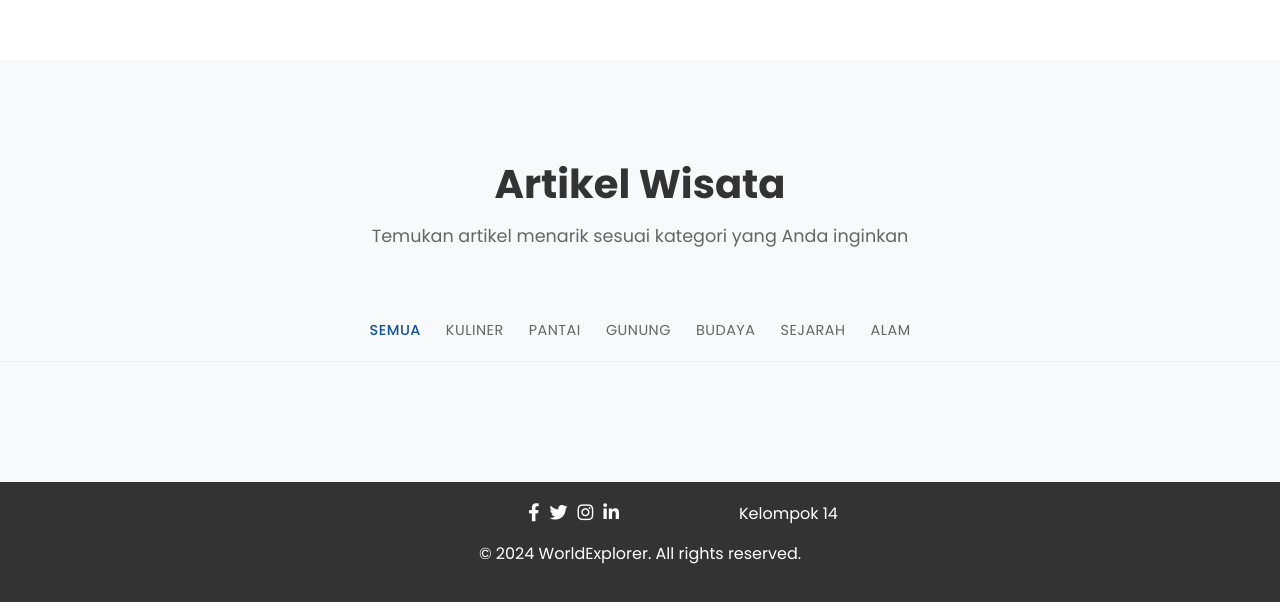
Repository: jalssonn/UAS_FRONTEND_NEW
Page: frontend/index.html
The author's editor kept a copy of each file at every save. The page is drawn from the files as they stood at one save, then again after the next save.
The browser window is 1280 px wide. The pictures show the part of the page from y = 3750 to 4392 px (the page is 4352 px tall before and 4392 px after).
A picture or video elsewhere on the page could not be fetched, so the positions and the page height are approximate. The page's requests for data from a server got no answer.

Above is the page before, as saved 2024-12-06 04:11:51.

### frontend/index.html
<!DOCTYPE html>
<html ng-app="articleApp">
<head>
    <title>WorldExplorer</title>
    <!-- Fonts -->
    <link href="https://fonts.googleapis.com/css2?family=Poppins:wght@400;500;600;700&display=swap" rel="stylesheet">

    <!-- Dependencies -->
    <script src="https://ajax.googleapis.com/ajax/libs/angularjs/1.8.2/angular.min.js"></script>
    <link href="https://cdn.jsdelivr.net/npm/bootstrap@5.1.3/dist/css/bootstrap.min.css" rel="stylesheet">
    <link rel="stylesheet" href="https://cdnjs.cloudflare.com/ajax/libs/font-awesome/5.15.4/css/all.min.css">

    <!-- Custom CSS -->
    <link rel="stylesheet" href="styles/main.css">
</head>
<body>
    <div ng-controller="ArticleController">
        <!-- Navbar -->
        <nav class="navbar navbar-expand-lg">
            <div class="container">
                <a class="navbar-brand" href="#">
                    <i class="fas fa-globe-asia me-2"></i>WorldExplorer
                </a>
                <div class="d-flex align-items-center">
                    <div ng-if="isLoggedIn()">
                        <a href="profile.html" class="btn btn-light me-2">
                            <i class="fas fa-user"></i> {{user.username}}
                        </a>
                        <a href="/admin/dashboard.html" class="btn btn-primary me-2" ng-if="user.role === 'admin'">
                            Admin Dashboard
                        </a>
                        <button class="btn btn-outline-light" ng-click="logout()">Logout</button>
                    </div>
                    <div ng-if="!isLoggedIn()">
                        <a href="login.html" class="btn btn-outline-light me-2">Login</a>
                        <a href="register.html" class="btn btn-light">Register</a>
                    </div>
                </div>
            </div>
        </nav>

        <!-- Hero Section with Carousel Background -->
        <div class="hero-section">
            <div class="carousel-background"
                 ng-repeat="image in backgroundImages"
                 ng-style="{'background-image': 'url(' + image + ')'}"
                 ng-class="{'active': $index === currentBackgroundIndex, 'prev': $index === prevBackgroundIndex}">
                <div class="overlay"></div>
            </div>

            <div class="hero-content">
                <h1>WorldExplorer</h1>
                <p>Temukan destinasi wisata impian Anda dari berbagai penjuru dunia</p>

                <!-- Search Box -->
                <div class="search-container">
                    <form ng-submit="searchArticles()" class="search-form">
                        <div class="search-wrapper">
                            <input type="text"
                                   ng-model="searchQuery"
                                   placeholder="Cari destinasi wisata impian Anda..."
                                   class="search-input"
                                   required>
                            <button type="submit" class="search-button">
                                <i class="fas fa-search"></i>
                            </button>
                        </div>
                    </form>
                </div>
            </div>
        </div>

        <!-- Why WorldExplorer Section -->
        <div class="why-aviatour-section">
            <h2 class="section-title">Why WorldExplorer</h2>

            <div class="features-container">
                <div class="feature-item">
                    <div class="feature-content">
                        <h3>Penyedia Perjalanan Terbaik</h3>
                        <p>Kami berkomitmen menjadikan setiap liburan Anda penuh cerita berharga...</p>
                    </div>
                    <div class="feature-image">
                        <img src="images/feature-1.jpg" alt="Penyedia Perjalanan Terbaik">
                    </div>
                </div>

                <div class="feature-item reverse">
                    <div class="feature-content">
                        <h3>Layanan Agen Berpengalaman</h3>
                        <p>Dengan jam terbang yang tinggi, tim kami siap memberikan solusi terbaik...</p>
                    </div>
                    <div class="feature-image">
                        <img src="images/feature-2.jpg" alt="Layanan Agen Berpengalaman">
                    </div>
                </div>

                <div class="feature-item">
                    <div class="feature-content">
                        <h3>Pelayanan Premium dan Personal</h3>
                        <p>Rasakan perbedaan dengan pelayanan terbaik dan personal yang kami tawarkan...</p>
                    </div>
                    <div class="feature-image">
                        <img src="images/feature-3.jpg" alt="Pelayanan Premium">
                    </div>
                </div>

                <div class="feature-item reverse">
                    <div class="feature-content">
                        <h3>Nikmati Liburan Tanpa Beban</h3>
                        <p>Rasakan kebebasan sejati saat berlibur! Dengan pelayanan menyeluruh di setiap aspek...</p>
                    </div>
                    <div class="feature-image">
                        <img src="images/feature-4.jpg" alt="Liburan Tanpa Beban">
                    </div>
                </div>
            </div>
        </div>

        <!-- Loading State -->
        <div ng-if="loading" class="loading-spinner">
            <i class="fas fa-spinner fa-spin fa-2x"></i>
            <p>Memuat artikel...</p>
        </div>

        <!-- Error Message -->
        <div ng-if="error" class="alert alert-danger">
            <i class="fas fa-exclamation-circle me-2"></i>{{error}}
        </div>

        <!-- Travel Tips Section -->
        <div class="travel-tips-section">
            <div class="section-header">
                <h2>Travel Tips</h2>
                <p>Kiat-kiat perjalanan untuk pengalaman wisata yang lebih baik</p>
            </div>

            <button class="travel-nav-btn prev" ng-click="prevTip()">
                <i class="fas fa-chevron-left"></i>
            </button>
            <button class="travel-nav-btn next" ng-click="nextTip()">
                <i class="fas fa-chevron-right"></i>
            </button>

            <div class="travel-tips-container">
                <div class="tip-card" ng-repeat="tip in travelTips">
                    <img ng-src="{{tip.image}}" alt="{{tip.title}}">
                    <div class="tip-content">
                        <h3 class="tip-title">{{tip.title}}</h3>
                        <a href="{{tip.link}}" class="tip-link">
                            SEE MORE <i class="fas fa-arrow-right"></i>
                        </a>
                    </div>
                </div>
            </div>
        </div>

        <!-- Filter Section -->
        <div class="filter-title-section">
            <h2>Artikel Wisata</h2>
            <p>Temukan artikel menarik sesuai kategori yang Anda inginkan</p>
        </div>

        <div class="filter-section">
            <div class="category-list">
                <button class="category-btn"
                        ng-class="{'active': filter.category === ''}"
                        ng-click="filterByCategory('')">
                    Semua
                </button>
                <button class="category-btn"
                        ng-repeat="category in categories"
                        ng-class="{'active': filter.category === category}"
                        ng-click="filterByCategory(category)">
                    {{category}}
                </button>
            </div>
        </div>

        <!-- Articles List -->
        <div class="article-container">
            <div class="article-card" ng-repeat="article in articles">
                <img ng-src="{{article.image}}" alt="{{article.title}}" class="article-image">
                <div class="article-content">
                    <h3 class="article-title">{{article.title}}</h3>
                    <p class="article-description">{{article.content | truncate:100}}</p>
                    <div class="article-meta">
                        <span class="category">
                            <i class="fas fa-tag"></i> {{article.category}}
                        </span>
                        <span class="country">
                            <i class="fas fa-globe"></i> {{article.country}}
                        </span>
                    </div>
                    <button class="read-more-btn" ng-click="readMore(article)">
                        Baca Selengkapnya
                    </button>
                </div>
            </div>
        </div>

        <!-- View More Articles -->
        <div class="view-more-container" ng-if="articles.length > 0">
            <button class="view-more-btn" ng-click="viewAllArticles()">
                View More Articles <i class="fas fa-arrow-right"></i>
            </button>
        </div>

        <!-- Footer Section -->
        <footer class="footer">
            <div class="container">
                <div class="row justify-content-center">
                    <div class="col-md-6 text-md-end">
                        <ul class="social-links">
                            <li><a href="#" class="fab fa-facebook-f"></a></li>
                            <li><a href="#" class="fab fa-twitter"></a></li>
                            <li><a href="#" class="fab fa-instagram"></a></li>
                            <li><a href="#" class="fab fa-linkedin-in"></a></li>
                        </ul>
                    </div>
                    <div class="col-auto text-center">
                        <p> Kelompok 14</p>
                    </div>
                    <div class="col-auto text-center">
                        <p>&copy; 2024 WorldExplorer. All rights reserved.</p>
                    </div>
                </div>
            </div>
        </footer>


    </div>

    <script src="script.js"></script>
</body>
</html>

Loaded but not shown: frontend/script.js (216 lines, source omitted); frontend/styles/main.css (917 lines, source omitted)

After the next save:
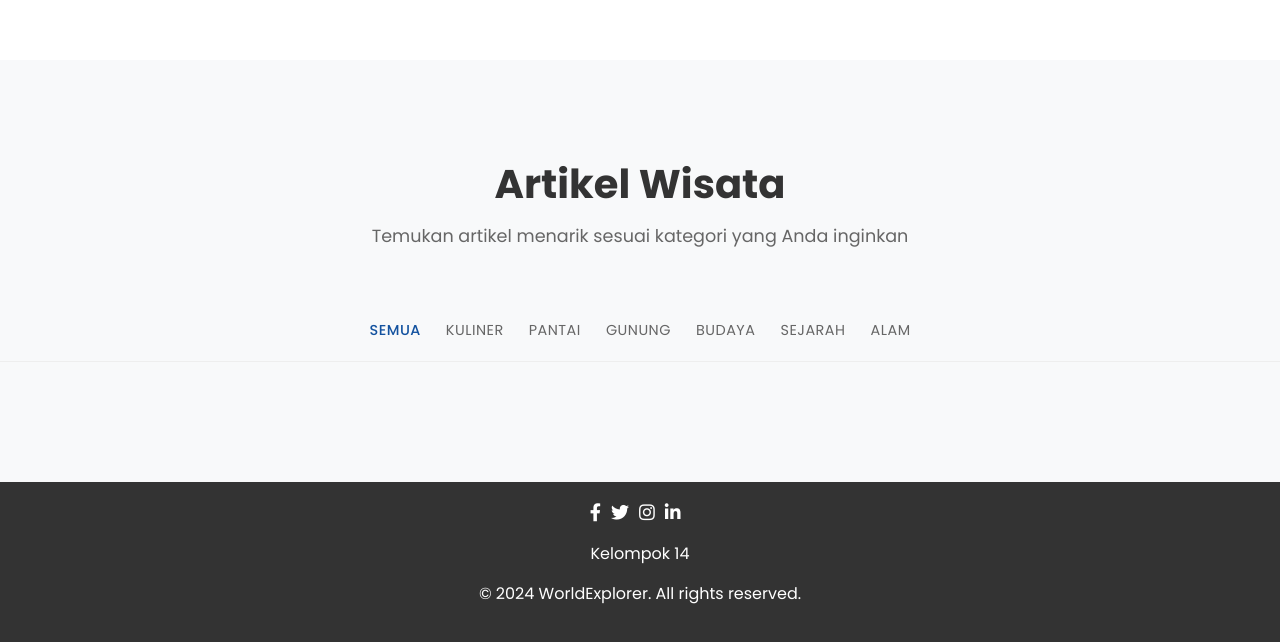
Saved 115 s later.
--- a/frontend/index.html
+++ b/frontend/index.html
@@ -218,7 +218,7 @@
                             <li><a href="#" class="fab fa-linkedin-in"></a></li>
                         </ul>
                     </div>
-                    <div class="col-auto text-center">
+                    <div class="kelompok">
                         <p> Kelompok 14</p>
                     </div>
                     <div class="col-auto text-center">
